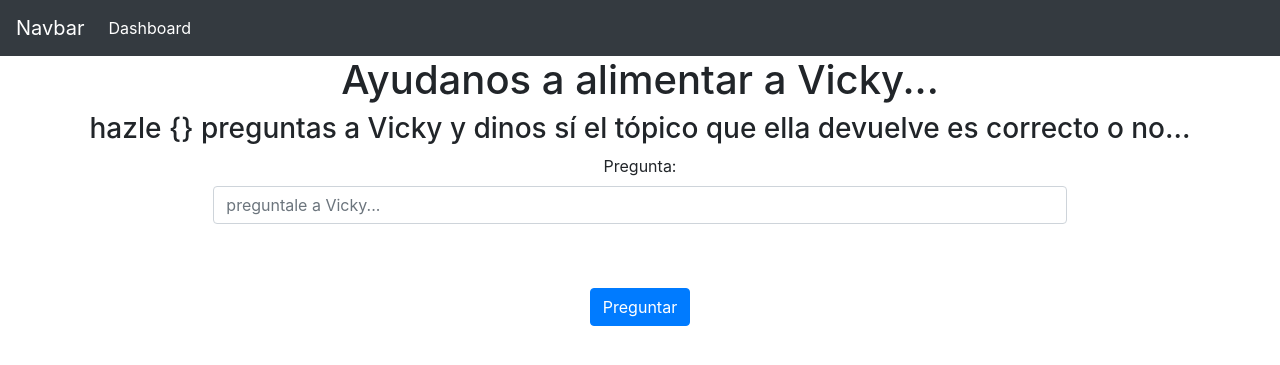
Repository: Crixtiancub/feedback_Vicky
Page: http://localhost/
The author's editor kept a copy of each file at every save. The page is drawn from the files as they stood at one save, then again after the next save.
The browser window is 1280 px wide. The pictures show the whole page.
The page is served by the project's application, run on Django 3.2 (manage.py). Other server files are loaded and not shown.

Above is the page before, as saved 2021-04-29 08:57:41.

### vicky/templates/dashboard.html
{% extends 'main.html' %}

{% block content %}

<center>
    <h1>Ayudanos a alimentar a Vicky...</h1>

    <h3>hazle {} preguntas a Vicky y dinos sí el tópico que ella
        devuelve es correcto o no...</h3>

    <form action="{% url 'home' %}">
        {% csrf_token%}

        <div class="form-group">
            <label for="txt_pregunta_Vicky">Pregunta:</label><br>

            <input type="text" id="txt_pregunta_Vicky"
            name="pregunta_Vicky" class="col-sm-8 form-control"
            placeholder="preguntale a Vicky..."><br><br>
        </div>

        <input type="submit" class="btn btn-primary" value="Preguntar">
    </form>

</center>

{% endblock %}

### vicky/templates/main.html
<!DOCTYPE html>
 <!-- Latest compiled and minified CSS -->
 <link rel="stylesheet" href="https://maxcdn.bootstrapcdn.com/bootstrap/4.5.2/css/bootstrap.min.css">

 <!-- jQuery library -->
 <script src="https://ajax.googleapis.com/ajax/libs/jquery/3.5.1/jquery.min.js"></script>

 <!-- Popper JS -->
 <script src="https://cdnjs.cloudflare.com/ajax/libs/popper.js/1.16.0/umd/popper.min.js"></script>

 <!-- Latest compiled JavaScript -->
 <script src="https://maxcdn.bootstrapcdn.com/bootstrap/4.5.2/js/bootstrap.min.js"></script>

<html>
    <head>
        <title>
            Prueba1
        </title>
    </head>
    <body>
        {% include 'navbar.html' %}

        {% block content %}

        {% endblock %}
    </body>
</html>

### vicky/templates/navbar.html
 <nav class="navbar navbar-expand-lg navbar-dark bg-dark">
    <a class="navbar-brand" href="#">Navbar</a>
    <button class="navbar-toggler" type="button" data-toggle="collapse" data-target="#navbarSupportedContent" aria-controls="navbarSupportedContent" aria-expanded="false" aria-label="Toggle navigation">
      <span class="navbar-toggler-icon"></span>
    </button>

    <div class="collapse navbar-collapse" id="navbarSupportedContent">
      <ul class="navbar-nav mr-auto">
        <li class="nav-item active">
          <a class="nav-link" href="{% url 'home' %}">Dashboard</a>
        </li>
        <!-- <li class="nav-item dropdown">
          <a class="nav-link dropdown-toggle" href="#" id="navbarDropdown" role="button" data-toggle="dropdown" aria-haspopup="true" aria-expanded="false">
            Dropdown
          </a>
          <div class="dropdown-menu" aria-labelledby="navbarDropdown">
            <a class="dropdown-item" href="#">Action</a>
            <a class="dropdown-item" href="#">Another action</a>
            <div class="dropdown-divider"></div>
            <a class="dropdown-item" href="#">Something else here</a>
          </div>
        </li>
        <li class="nav-item">
          <a class="nav-link disabled" href="#">Disabled</a>
        </li>
      </ul>
      <form class="form-inline my-2 my-lg-0">
        <input class="form-control mr-sm-2" type="search" placeholder="Search" aria-label="Search">
        <button class="btn btn-outline-success my-2 my-sm-0" type="submit">Search</button>
      </form> -->
    </div>
  </nav>

### vicky/views.py
from django.shortcuts import render


from vicky import templates
# Create your views here.


def home(request):
    return render(request, 'dashboard.html')

### prueba_Vicky/urls.py
"""prueba_Vicky URL Configuration

The `urlpatterns` list routes URLs to views. For more information please see:
    https://docs.djangoproject.com/en/3.2/topics/http/urls/
Examples:
Function views
    1. Add an import:  from my_app import views
    2. Add a URL to urlpatterns:  path('', views.home, name='home')
Class-based views
    1. Add an import:  from other_app.views import Home
    2. Add a URL to urlpatterns:  path('', Home.as_view(), name='home')
Including another URLconf
    1. Import the include() function: from django.urls import include, path
    2. Add a URL to urlpatterns:  path('blog/', include('blog.urls'))
"""
from django.contrib import admin
from django.urls import path, include

urlpatterns = [
    path('admin/', admin.site.urls),
    path('', include('vicky.urls'))
]

### vicky/urls.py
from django.urls import path
from . import views
from django.conf.urls import url


# Direccionamiento de las paginas
urlpatterns = [
    path(r'', views.home, name="home"),
]

After the next save:
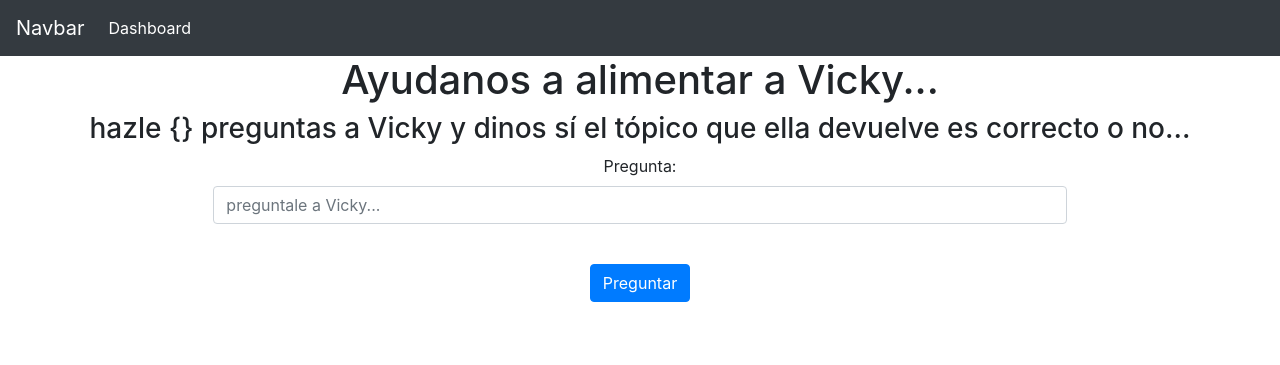
Saved 5 s later.
--- a/vicky/templates/dashboard.html
+++ b/vicky/templates/dashboard.html
@@ -16,7 +16,7 @@
 
             <input type="text" id="txt_pregunta_Vicky"
             name="pregunta_Vicky" class="col-sm-8 form-control"
-            placeholder="preguntale a Vicky..."><br><br>
+            placeholder="preguntale a Vicky..."><br>
         </div>
 
         <input type="submit" class="btn btn-primary" value="Preguntar">
